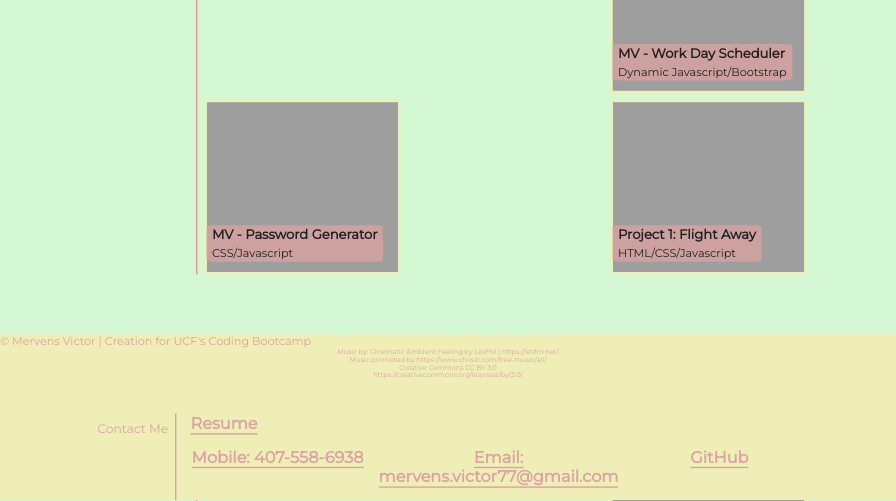
Repository: Mervens/MV-Portfolio
Page: index.html
These files come from the project's save history. The page is drawn as it stood at one moment and after the next save; the edit follows.
The browser window is 1280 px wide. The pictures show the part of the page from y = 937 to 2857 px (the page is 1652 px tall before and 2857 px after), at 70% of full size.
Pictures or frames that could not be fetched are drawn as grey boxes. Backgrounds fixed to the window are drawn as part of the page.

Above is the page before, as saved 2021-10-10 06:57:12.

### index.html
<!DOCTYPE html>
<html lang="en">
<head>
    <meta charset="UTF-8">
    <meta name="viewport" content="width=device-width, initial-scale=1.0">
    <meta http-equiv="X-UA-Compatible" content="ie=edge" />
    <link rel="stylesheet" href="https://cdn.jsdelivr.net/npm/boxicons@latest/css/boxicons.min.css">
    <link rel="stylesheet" href="./assets/index.css">
    <title>MV - Basic Portfolio</title>
</head>

<body>
    <audio autoplay loop>
        <source src="./assets/music/Cinematic-Ambient.mp3" type="audio/mpeg">
    </audio>

    <header>
        <span class="span-background title">
            <h1>Mervens Victor</h1>
        </span>
        <nav>
            <ul class="nav-effects">
                <li>
                    <a href="#about-me">About</a>
                </li>
                <li>
                    <a href="#projects">Projects</a>
                </li>
                <li>
                    <a href="#contact-me">Contact Me</a>
                </li>
            </ul>
        </nav>
    </header>


    <section class="hero">
        <div class="hero-subtitle">
                <span class="span-background opacity">Enjoy the view.</span>
        </div>
    </section>


    <article>
        <div id="about-me" class="about-me-wrapper">
            <div class="about-me-grid-container">
                <div class="about-me-item about-me-title">
                    <p> About </p>
                </div>
                <div class="about-me-item p1">
                    <p>Working towards something that changes the world is what I believe my impact to be. I work hard to make sure my productions are of good quality, and they are both satisfying to the eye and in functionality.</p>
                </div>
                <div class="about-me-item p2">
                    <p>Aspiring game developer and web developer.</p>
                </div>
            </div>
        </div>
    </article>


    <article>
        <div id="projects" class="projects-wrapper">
            <div class="projects-grid-container">
                <div class="projects-item projects-title">
                    <p> Projects </p>
                </div>

                <div onclick="linkClick('horiseon')" alt="Horiseon Solutions" title="Horiseon Homepage" target="_blank" style="cursor: pointer;" class="projects-item-project horiseon">
                    <span class="span-background">
                        <h3>MV - Horiseon Services</h3>
                        <span class="lower-text">HTML/CSS</span>
                    </span>
                </div>

                <div onclick="linkClick('run-buddy')" alt="Run Buddy 2.0 Landing Page" title="Run Buddy 2.0 Home" style="cursor: pointer;" class="projects-item-project run-buddy">
                    <span class="span-background">
                        <h3>MV - Run Buddy</h3>
                        <span class="lower-text">HTML/CSS</span>
                    </span>
                </div>
                <div onclick="linkClick('password-generator')" alt="Password Generator Script" title="Password Generator Home" style="cursor: pointer;" class="projects-item-project password-generator">
                    <span class="span-background">
                        <h3>MV - Password Generator</h3>
                        <span class="lower-text">CSS/Javascript</span>
                    </span>
                </div>
                <div onclick="linkClick('web-api-code-quiz')" alt="Coding Quiz" title="Coding Quiz Gome" style="cursor: pointer;" class="projects-item-project web-api-code-quiz">
                    <span class="span-background">
                        <h3>MV - Code Quiz</h3>
                        <span class="lower-text">Javascript/CSS/LocalStorage</span>
                    </span>
                </div>
                <div onclick="linkClick('work-day-scheduler')" alt="Weekday Scheduler" title="Weekday Planner" style="cursor: pointer;" class="projects-item-project work-day-scheduler">
                    <span class="span-background">
                        <h3>MV - Work Day Scheduler</h3>
                        <span class="lower-text">Dynamic Javascript/Bootstrap</span>
                    </span>
                </div>
                <div onclick="linkClick('flightaway')" alt="FlightAway: Your Travel Guide" title="FlightAway Home" style="cursor: pointer;" class="projects-item-project flightaway">
                    <span class="span-background">
                        <h3>Project 1: Flight Away</h3>
                        <span class="lower-text">HTML/CSS/Javascript</span>
                    </span>
                </div>
                <div onclick="linkClick('weather-viewer')" alt="Weather Dashboard" title="Weather Dashboard Home" style="cursor: pointer;" class="projects-item-project weather-viewer">
                    <span class="span-background">
                        <h3>MV - Weather Dashboard</h3>
                        <span class="lower-text"></span>
                    </span>
                </div>
            </div>
        </div>
    </article>


    <footer>
        <p>
        © Mervens Victor | Creation for UCF's Coding Bootcamp</br>
        </p>
        <div class="reference">
        Music by: Cinematic Ambient Feeling by LesFM | https://lesfm.net/</br>
        Music promoted by https://www.chosic.com/free-music/all/</br>
        Creative Commons CC BY 3.0</br>
        https://creativecommons.org/licenses/by/3.0/</p>
    </div>
        <div id="contact-me" class="footer-wrapper">
            <div class="footer-container">
                <div class="footer-grid-item contact-me">
                    Contact Me
                </div>
                <div class="footer-grid-item phone">
                    <a href="tel:407-558-6938" class="nav-effects">Mobile: 407-558-6938</a>
                </div>
                <div class="footer-grid-item email">
                    <a href="mailto:mervens.victor77@gmail.com">Email: mervens.victor77@gmail.com</a>
                </div>
                <div class="footer-grid-item git-hub">
                    <a href="https://github.com/Mervens/" target="_blank">GitHub</a>
                </div>
                <div>
                <a href="./assets/MV-Resume.docx" download>Resume</a>
            </div>
            </div>
        </div>
    </footer>

    <script src="./assets/index.js">
    </script>

</body>
</html>

### assets/index.css
@import url('https://fonts.googleapis.com/css2?family=Montserrat&display=swap');

* {
    margin: 0;
    padding: 0;
    box-sizing: border-box;
}


:root {
  --header-color: #f0eeb7;
  --mainc: #daa2a2;
  --secondaryc: rgb(212, 248, 212);
  --my-projects-edge: #eb958b;
  --project-border: #f0eeb7;
}


html {
  scroll-behavior: smooth;
}


header {
  display: flex;
  justify-content: space-between;
  flex-wrap: wrap;
  list-style: none;
  background-color: var(--header-color);
}

header h1 {
  padding-left: 50px;
}

header nav ul {
  display: flex;
  flex-wrap: wrap;
  justify-content: flex-end;
  align-items: center;
  list-style: none;
  padding-right: 0px;
}

header nav ul li {
  font-size: 1.8vw;
  padding: 10px 15px;
  margin-top: 5px;
  margin-bottom: 10px;

}


header a {
  padding-left: 10px;
  padding-right: 10px;
  padding-bottom: 5px;
  text-decoration: none;
  border-bottom: 2px solid var(--mainc);
  color: var(--mainc);
}

body{
  background-color: var(--secondaryc);
  font-family: 'Montserrat', serif;
}

footer {
  background-color: var(--header-color);
  color: var(--mainc);
}

footer a {
  text-decoration: none;
  border-bottom: 2px solid var(--mainc);
  color: var(--mainc);
  font-size: 1.8vw;
  font-weight: bold;
}

.nav-effects a:hover{
  color: var(--mainc);
  font-weight: bold;
  text-shadow: 0px 0px 20px var(--mainc);
}


.projects-grid-container div:hover{
  mix-blend-mode: luminosity;
}
.footer-container a:hover{
  color: var(--mainc);
  font-weight: bold;
  text-shadow: 0px 0px 20px var(--mainc);
}
.hero {
  height: 300px;
  background-image: url("../assets/images/Arnold.jpg");
  border-bottom-left-radius: 30px 30px;
  border-bottom-right-radius: 30px 30px;
  background-size: cover;
  background-position:  100% 13%;
  background-attachment: fixed;
  display: flex;
  justify-content: flex-end;
  flex-wrap: wrap;
  flex-direction: row;
  align-items: flex-end;
}

.hero-subtitle {
  padding-bottom: 15px;
  padding-right: 15px;
}
.about-me-wrapper {
  display: flex;
  flex-wrap: wrap;
  justify-content: space-between;
  justify-content: center;
  margin-top: 50px;
}

.about-me-grid-container {/* CSS Grid */
  width: 80%;
  display: grid;
  grid-template-columns: 1fr repeat(3, 2fr);
  grid-template-rows: repeat(4, 1fr);
  gap: 10px 10px;
}

.about-me-item.about-me-title {
  padding-top: 0px;
  font-size: 35px;
  grid-row: 1 / span 4;
  padding-right: 10px;
  text-align: right;
  border-right: 2px solid var(--my-projects-edge);
}

.about-me-item.p1 {
  padding-left: 10px;
  grid-column: 2 / span 3;
  grid-row: 1 / span 2;
}

.about-me-item.p2 {
  padding-left: 10px;
  grid-column: 2 / span 3;
  grid-row: 3 / span 2;
}
.projects-wrapper {
  display: flex;
  flex-wrap: wrap;
  justify-content: space-between;
  justify-content: center;
  margin-top: 50px;

}
.projects-grid-container {/* CSS Grid */
  width: 80%;
  display: grid;
  grid-template-columns: 1fr repeat(3, 2fr);
  grid-template-rows: repeat(10, 1fr);
  gap: 10px 10px;
}

.projects-item.projects-title {
  padding-top: 10px;
  font-size: 35px;
  grid-row: 1 / span 9;
  text-align: right;
  padding-right: 10px;
  border-right: 2px solid var(--my-projects-edge);
}

.projects-item-project.horiseon {
  grid-column: 2 / span 1;
  grid-row: 1 / span 3;
  background-image: url("../images/challeng-1-refactor-code-smaller.JPG");
  background-size: cover;
  display: flex;
  align-items: flex-end;
  padding-left: 0px;
  padding-bottom: 15px;
  text-align: left;
  border: .25vw solid var(--project-border);
}

.projects-item-project.run-buddy {
  grid-column: 3 /span 1;
  grid-row: 1 / span 3;
  background-image: url("../images/run-buddy-project.JPG");
  background-size: cover;
  display: flex;
  align-items: flex-end;
  padding-left: 0px;
  padding-bottom: 15px;
  text-align: left;
  border: .25vw solid var(--project-border);
}

.projects-item-project.password-generator {
  grid-column: 2 / span 1;
  grid-row: 7 / span 3;
  background-image: url("../images/password-generator.JPG");
  background-size: cover;
  display: flex;
  align-items: flex-end;
  padding-left: 0px;
  padding-bottom: 15px;
  text-align: left;
  border: .25vw solid var(--project-border);
}

.projects-item-project.web-api-code-quiz {
  grid-column: 4 / span 1;
  grid-row: 1 / span 3;
  background-image: url("../images/web-api-code-quiz.JPG");
  background-size: 300px 200px, cover;
  display: flex;
  align-items: flex-end;
  padding-left: 0px;
  padding-bottom: 15px;
  text-align: left;
  border: .25vw solid var(--project-border);
}

.projects-item-project.work-day-scheduler {
  grid-column: 4 / span 1;
  grid-row: 4 / span 3;
  background-image: url("../images/projects-day-scheduler.JPG");
  background-size: cover;
  display: flex;
  align-items: flex-end;
  padding-left: 0px;
  padding-bottom: 15px;
  text-align: left;
  border: .25vw solid var(--project-border);
}

.projects-item-project.flightaway {
  grid-column: 4 /span 1;
  grid-row: 7 / span 3;
  background-image: url("../images/project1-group07.JPG");
  background-size: cover;
  display: flex;
  align-items: flex-end;
  padding-left: 0px;
  padding-bottom: 15px;
  text-align: left;
  border: .25vw solid var(--project-border);
}


.projects-item-project.ghost-item {
  grid-column: 4 / span 1;
  opacity: 0;

}
.span-background {
  background-color: var(--mainc);
  position: relative;
  line-height: 1.5;
  padding-left: 8px;
  padding-right: 8px;
  border-radius: 5%;
  opacity: .8;
}

.span-background.title {
  margin-top: 10px;
  margin-bottom: 20px;
}
.span-background.opacity{
  opacity: .95;
  font-size: 30px;
}

.span-background.lower-text {
  font-size: x-small;
}
.footer-wrapper {
  display: flex;
  flex-wrap: wrap;
  justify-content: center;
  margin-top: 50px;
}

.footer-container {
  width: 80%;
  display: grid;
  grid-template-columns: 1fr repeat(3, 2fr);
  grid-template-rows: repeat(3,2fr);
  gap: 20px 20px;
}

.footer-grid-item {
  text-align: center;
}

.reference {
  font-size: 0.6rem;
  text-align: center;
}

.footer-grid-item.contact-me {
  padding-top: 10px;
  font-size: 1.1rem;
  grid-row: 1 / span 3;
  text-align: right;
  padding-right: 10px;
  border-right: 2px solid var(--mainc);
}

.footer-grid-item.phone{
  font-size: 0.5rem;
  grid-row: 2/ span 2;
}

.footer-grid-item.email{
  font-size: 10px;
  grid-row: 2/ span 2;
}

.footer-grid-item.git-hub{
  font-size: 0.5rem;
  grid-row: 2/ span 2;
}
@media screen and (max-width: 980px) {
  header {
    justify-content: center;
  }

  header h1 {
    padding-left: 0px;
  }
  .hero-subtitle {
    padding-right: 30px;
  }

  .span-background.opacity{
    font-size: 25px;
  }

  .hero {
  background-attachment: scroll;
  }
  .about-me-wrapper {
    margin-top: 20px;
  }

  .about-me-grid-container {/*CSS Grid*/
    grid-template-columns: repeat(3, 2fr);
    grid-template-rows: repeat(5, 1fr);
    gap: 5px 5px;
  }
  .about-me-item.about-me-title {
    padding-top: 0px;
    font-size: 25px;
    grid-column: 1 / span 3;
    grid-row: 1 / span 1;
    text-align: center;
    padding-right: 0px;
    padding-bottom: 0px;
    border-right: none;
    border-bottom: 2px solid var(--my-projects-edge);
  }

  .about-me-item.p1 {
    padding-top: 5px;
    grid-column: 1 / span 3;
    grid-row: 2 / span 2;
  }

  .about-me-item.p2 {
    padding-top: 5px;
    grid-column: 1 / span 3;
    grid-row: 4 / span 2;
    padding-bottom: 10px;
  }
  .projects-grid-container .projects-item-project.ghost-item:hover{
    opacity: .8;
  }
  .footer-wrapper {
    margin-top: 20px;
  }

  .footer-container {
    width: 100%;
    grid-template-columns: repeat(3, 1fr);
    grid-template-rows: repeat(3, 1fr);
    gap: 2.5px 2.5px;
  }

  .footer-grid-item.contact-me {
    padding-top: 0px;
    font-size: 1px;
    grid-column: 1 / span 3;
    grid-row: 1 / span 1;
    text-align: center;
    padding-right: 0px;
    padding-bottom: 0px;
    border-right: none;
    border-bottom: 2px solid var(--mainc);
    padding-left: 25px;
  }

  .footer-grid-item.phone{
    grid-column: 1 / span 1;
    grid-row: 2 / span 2;
    align-self: center;
    padding-left: 10px;
  }

  .footer-grid-item.email{
    grid-column: 2 / span 1;
    grid-row: 2 / span 2;
    align-self: center;
    padding-left: 25px;

  }

  .footer-grid-item.git-hub{
    grid-column: 3 / span 1;
    grid-row: 2 / span 2;
    align-self: center;
    width: 20px;
    padding-left: 80px;
  }
}
@media screen and (max-width: 768px) {
  header a {
    font-size: 3vw;
  }

  footer a {
    font-size: 3vw;
  }
  .nav-effects a:hover{
      font-size: 3vw;
  }

  .footer-container a:hover{
    font-size: 1.8vw;
  }
  .hero {
    background-attachment: scroll;
  }

  .about-me-grid-container {/*CSS Grid*/
    grid-template-columns: repeat(3, 2fr);
    grid-template-rows: .5fr repeat(4, 1fr);
    gap: 5px 5px;
  }
  .about-me-item.about-me-title {
    padding-top: 0px;
    font-size: 25px;
    grid-column: 1 / span 3;
    grid-row: 1 / span 1;
    text-align: center;
    padding-right: 0px;
    padding-bottom: 0px;
    border-right: none;
    border-bottom: 2px solid var(--my-projects-edge);
    align-self: start;
  }

  .about-me-item.p1 {
    padding-left: 0px;
  }

  .about-me-item.p2 {
    padding-left: 0px;
  }

  .projects-wrapper {
    margin-top: 15px;
  }

  .projects-grid-container {/* CSS Grid */
    grid-template-columns: repeat(3, 1fr);
    grid-template-rows: .5fr repeat(10, 1fr);
    gap: 2.5px 2.5px;
  }
  .projects-item.projects-title {
    font-size: 35px;
    grid-column: 1 / span 3;
    grid-row: 1 / span 1;
    text-align: center;
    padding-top: 0px;
    padding-right: 0px;
    padding-bottom: 0px;
    border-bottom: 2px solid var(--my-projects-edge);
    border-right: none;
    align-self: start;
  }

  .projects-item-project.horiseon {
    grid-column: 1 / span 3;
    grid-row: 2 / span 3;
    align-items: flex-end;
    text-align: center;
    background-position: scroll;
  }

  .projects-item-project.run-buddy {
    grid-column: 1 /span 3;
    grid-row: 5 / span 2;
    align-items: flex-end;
    text-align: center;
    background-position: scroll;
  }

  .projects-item-project.password-generator {
    grid-column: 1 /span 3;
    grid-row: 7 / span 1;
    padding-top: 30px;
    background-position: scroll;
    text-align: center;
  }

  .projects-item-project.web-api-code-quiz {
    grid-column: 1 /span 3;
    grid-row: 8 / span 1;
    background-position: scroll;
    text-align: center;
  }

  .projects-item-project.projects-day-scheduler {
    grid-column: 1 /span 3;
    grid-row: 9 / span 1;
    background-position: scroll;
    text-align: center;
  }

  .projects-item-project.flightaway  {
    grid-column: 1 /span 3;
    grid-row: 10 / span 1;
    align-items: flex-end;
    text-align: center;
    background-position: scroll;
  }
  .projects-item-project.ghost-item {
    grid-column: 1 /span 3;
    grid-row: 11 / span 1;
    background-image: url("../images/pexels-luizclas-556665.jpg");
    background-size: cover;
    display: flex;
    align-items: center;
    opacity: 1;
    background-position: scroll;
    text-align: center;
  }

  .footer-wrapper {
  margin-top: 10px;
  }
}
@media screen and  (max-width: 575px) {
  header a {
    font-size: 4vw;
  }

  header nav ul {
    padding-right: 0px;
    justify-content: center;
  }

  header nav ul li {
    padding: 2px 2px 2px 2px;
  }

  p{
    font-size:5vw;
  }

  footer a {
    font-size: 3.5vw;
  }

  .nav-effects a:hover{
      font-size: 4vw;
  }

  .footer-container a:hover{
    font-size: 3.5vw;
  }
  .footer-container {
    gap: 0px 0px;
  }

  .footer-grid-item.git-hub{
    padding-left: 30px;
  }
}

### assets/index.js

function linkClick(input) {
    var input = input;

    if (input == "horiseon") {
        window.open("https://mervens.github.io/Horiseon-Solutions-Code-Refactor//");
    } else if (input == "run-buddy") {
        window.open("https://mervens.github.io/Run-Buddy-2.0/");
    } else if (input == 'password-generator') {
        window.open("https://mervens.github.io/Password-Generator-C3/");
    } else if (input == 'web-api-code-quiz') {
        window.open("https://mervens.github.io/Coding-Quiz//");
    }  else if (input == 'work-day-scheduler') {
        window.open("https://mervens.github.io/Week-Scheduler/");
    } else if (input == 'weather-viewer') {
        window.open("https://mervens.github.io/Mervens-Weather-Viewer/");
    } else if (input == 'flightaway') {
        window.open("https://jaymaverick.github.io/Project1/");
    } else if (input == 'readme-gen') {
        window.open("https://github.com/Mervens/ReadMe-Generator");
    } else if (input == 'team-profs') {
        window.open("https://github.com/Mervens/Team-Profs");
    } else if (input == 'flightaway') {
        window.open("https://jaymaverick.github.io/Project1/");
    } else if (input == 'flightaway') {
        window.open("https://jaymaverick.github.io/Project1/");
    } else if (input == 'flightaway') {
        window.open("https://jaymaverick.github.io/Project1/");
    } else if (input == 'flightaway') {
        window.open("https://jaymaverick.github.io/Project1/");
    } else if (input == 'flightaway') {
        window.open("https://jaymaverick.github.io/Project1/");
    } else if (input == 'flightaway') {
        window.open("https://jaymaverick.github.io/Project1/");
    } else if (input == 'flightaway') {
        window.open("https://jaymaverick.github.io/Project1/");
    } else {
        return true;
    }
};

After the next save:
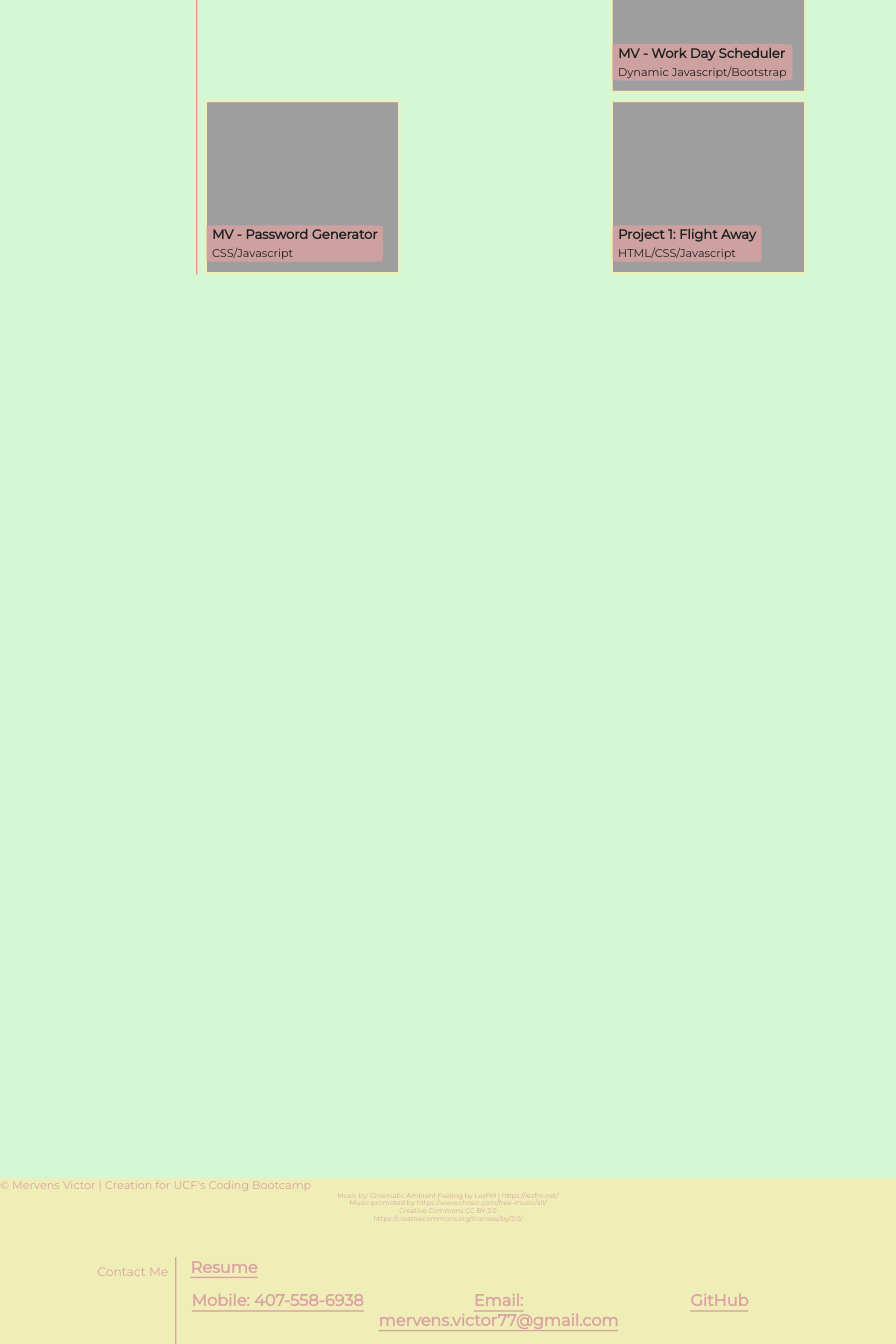
Saved 27 s later.
--- a/assets/index.css
+++ b/assets/index.css
@@ -160,7 +160,7 @@
   width: 80%;
   display: grid;
   grid-template-columns: 1fr repeat(3, 2fr);
-  grid-template-rows: repeat(10, 1fr);
+  grid-template-rows: repeat(24, 1fr);
   gap: 10px 10px;
 }
 
